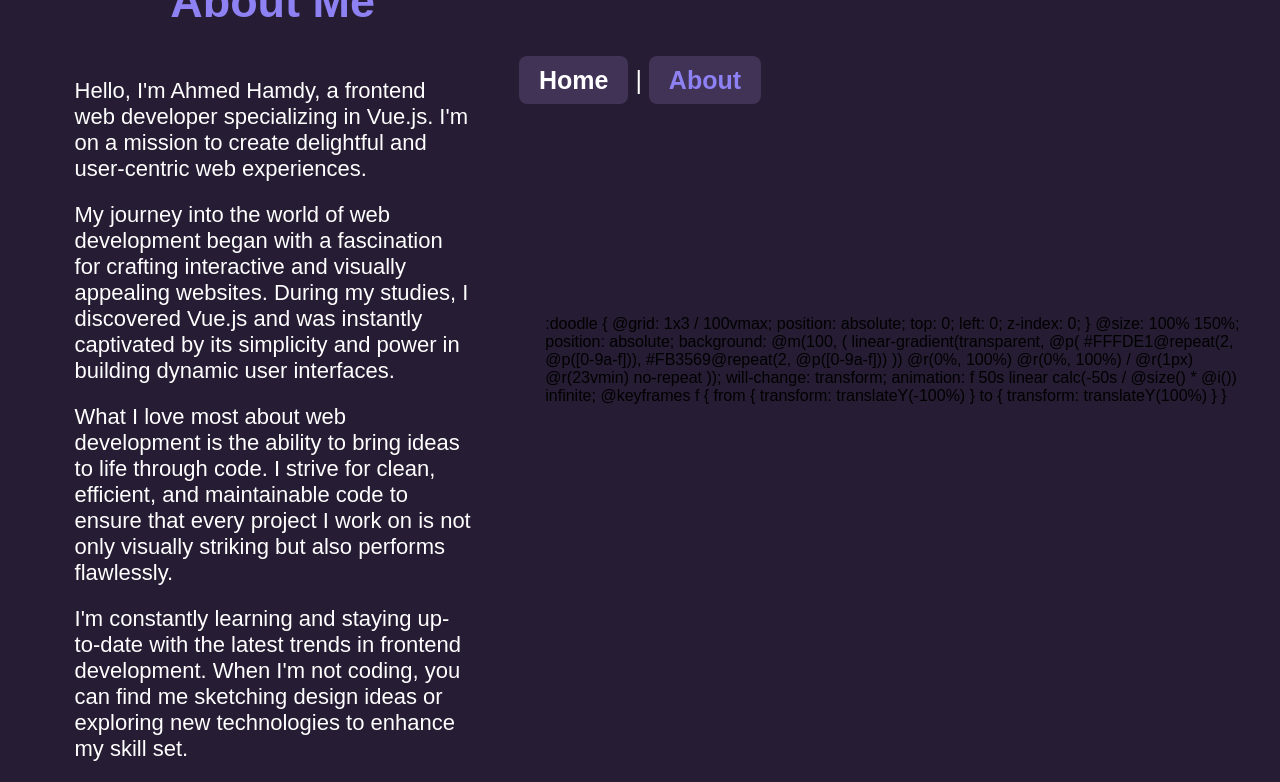
Repository: ahamdy997/portfolio
Page: /about
The author's editor kept a copy of each file at every save. The page is drawn from the files as they stood at one save, then again after the next save.
The browser window is 1280 px wide. The pictures show the whole page.
The project was rebuilt for these pictures with package versions that can differ from the ones it lists, and the page was loaded fresh each time. Also part of the build but not shown: vue.config.js, src/components/HelloWorld.vue, src/views/HomeView.vue.

Above is the page before, as saved 2023-11-05 02:21:50.

After the next save:
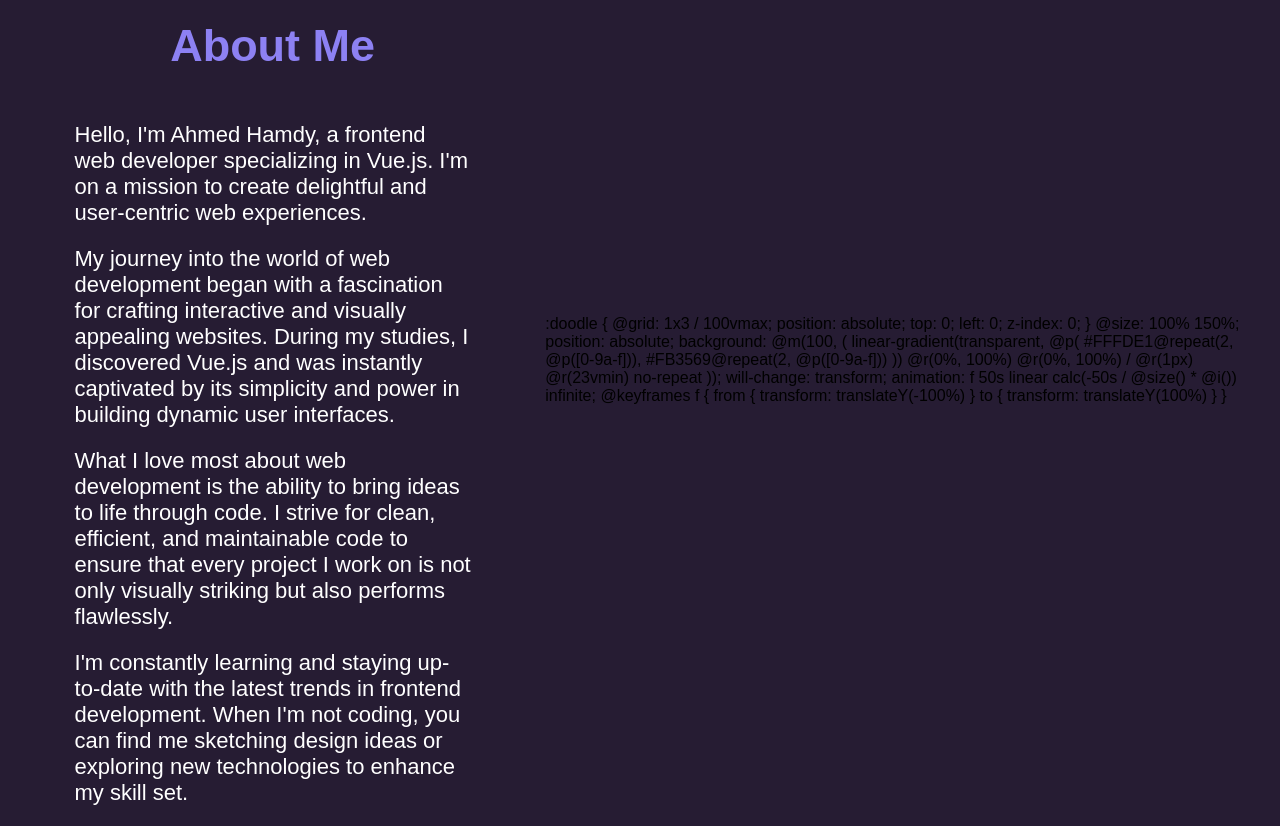
Saved 57 s later.
--- a/src/App.vue
+++ b/src/App.vue
@@ -16,11 +16,7 @@
 }
 header {
   font-size: 25px;
-  position: fixed;
-  top: 5%;
-  left: 0%;
   width: 100%;
-  z-index: 1;
 }
 nav {
   padding: 30px;
